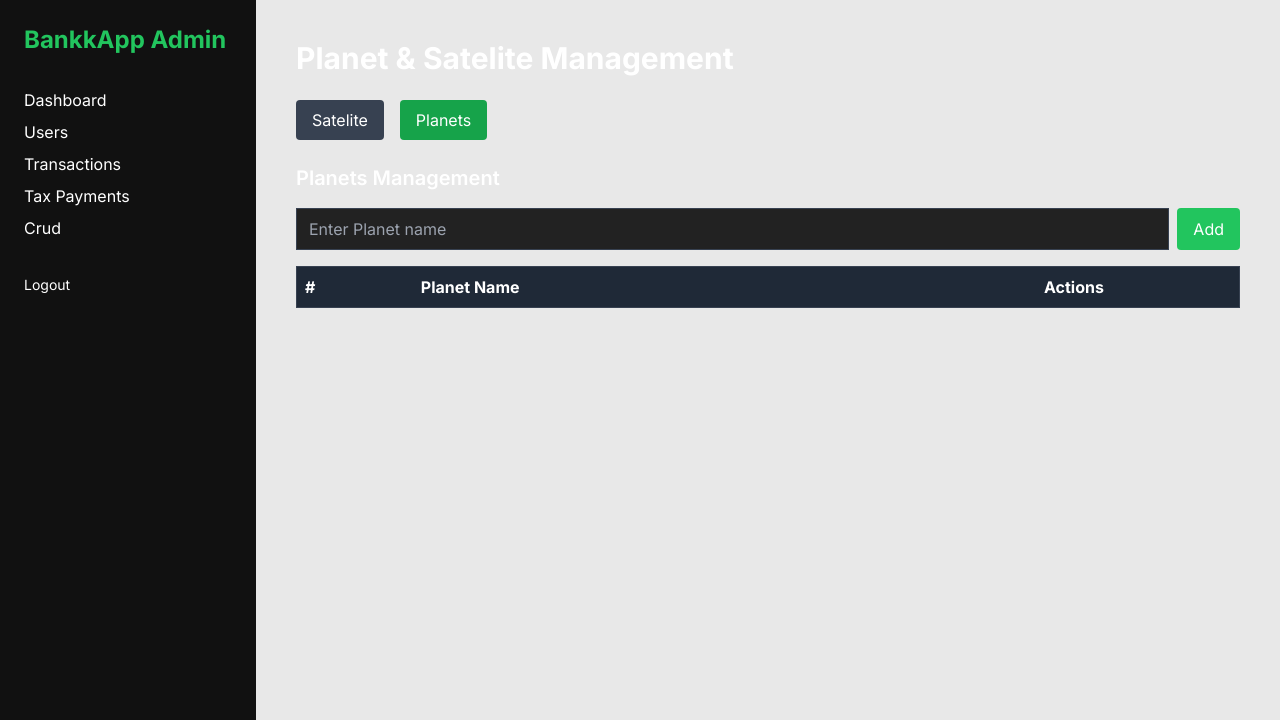
Repository: EraGashii/bnk_team
Page: /admin/crud (app in bnk/), after clicking the first element matching `button.bg-gray-700`
These files come from the project's save history. The page is drawn as it stood at one moment and after the next save; the edit follows.
The browser window is 1280 px wide. The pictures show the whole page.
The page's requests for data from a server got no answer. The project was rebuilt for these pictures with package versions that can differ from the ones it lists, and the page was loaded fresh each time. The framework's server and built-in components were replaced by stand-ins that run in the browser. No one was signed in, and anything a server would have sent is missing. Also part of the build but not shown: bnk/next.config.mjs.

Above is the page before, as saved 2025-05-07 21:46:39.

After the next save:
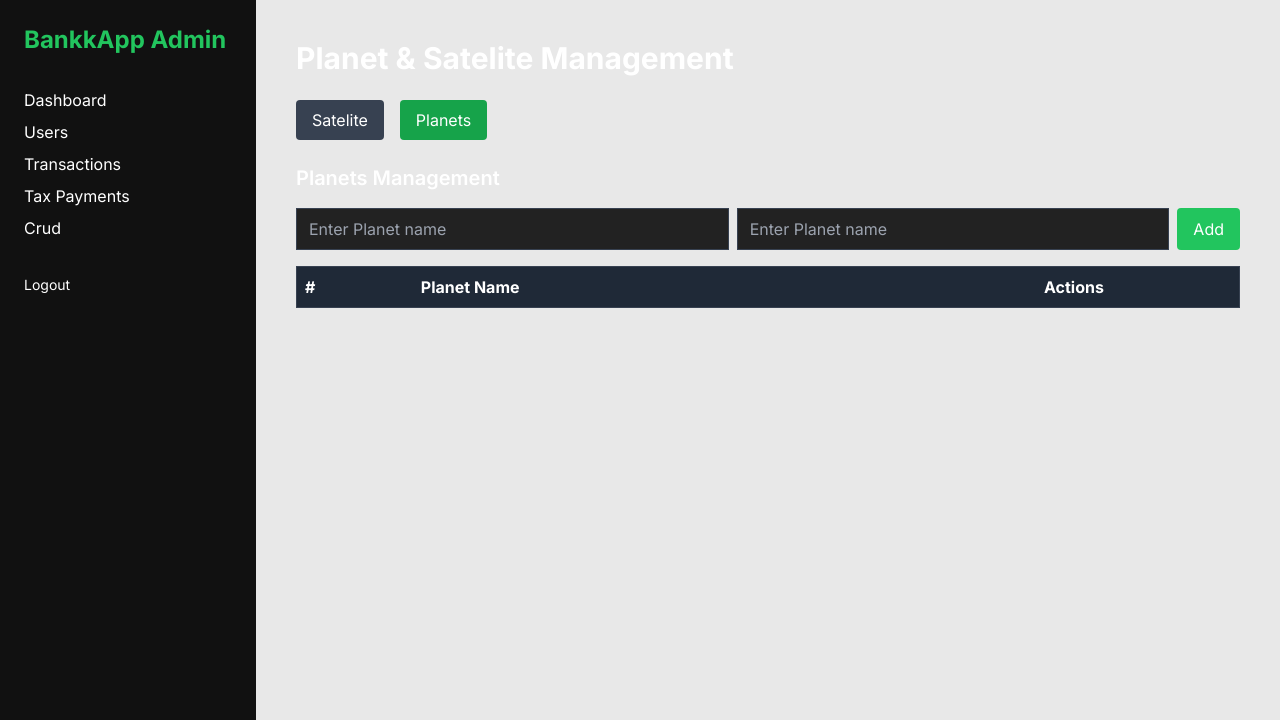
Saved 10 s later.
--- a/bnk/app/admin/crud/page.tsx
+++ b/bnk/app/admin/crud/page.tsx
@@ -169,6 +169,13 @@ const PlanetSateliteManager: React.FC = () => {
             <h2 className="text-xl font-semibold mb-4">Planets Management</h2>
             <div className="flex mb-4">
               <input
+                type="text"
+                className="bg-[#222] text-white border border-gray-700 px-3 py-2 mr-2 w-full"
+                placeholder="Enter Planet name"
+                value={Name}
+                onChange={(e) => setName(e.target.value)}
+              />
+                 <input
                 type="text"
                 className="bg-[#222] text-white border border-gray-700 px-3 py-2 mr-2 w-full"
                 placeholder="Enter Planet name"
